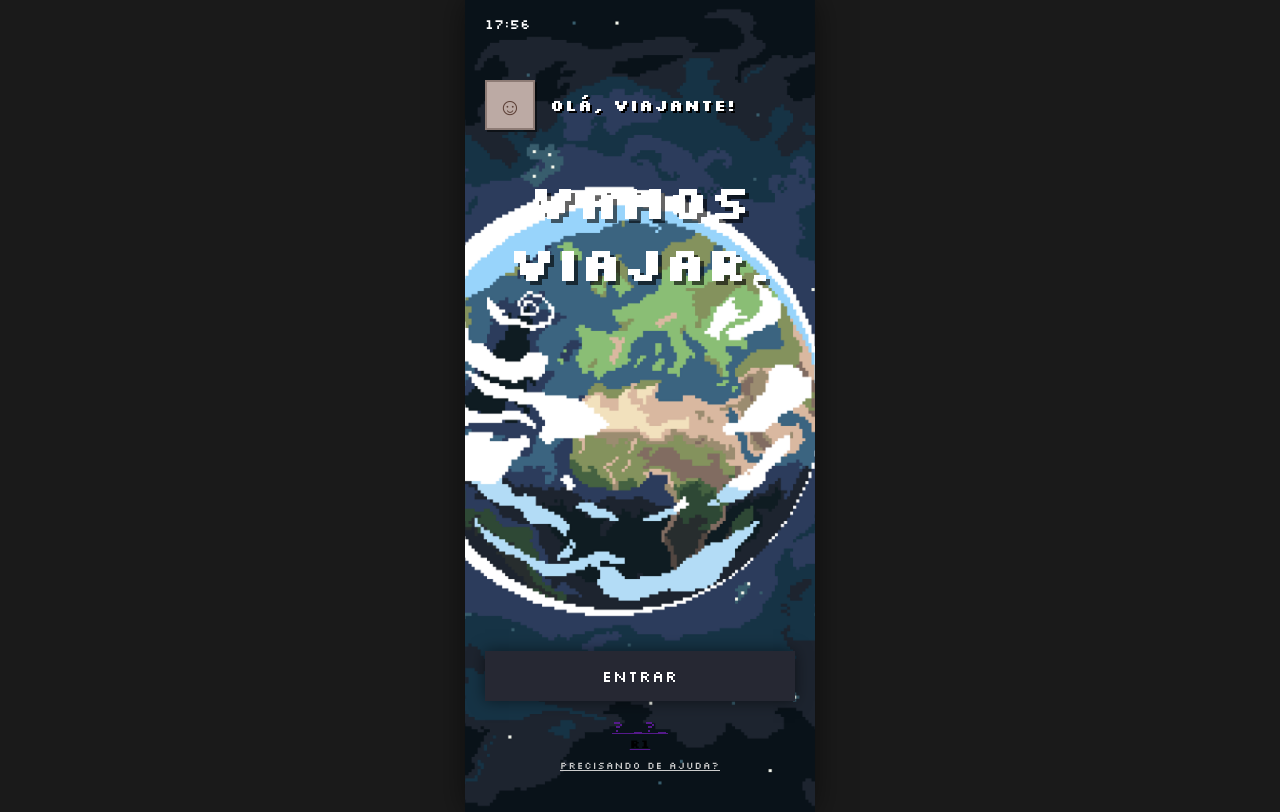
Repository: Davsool/Passport
Page: home.html
An editor plug-in stored every save of this project. The page is shown before and after the next save, followed by the edit.
The browser window is 1280 px wide. The pictures show the whole page.

Above is the page before, as saved 2025-12-30 01:15:40.

After the next save:
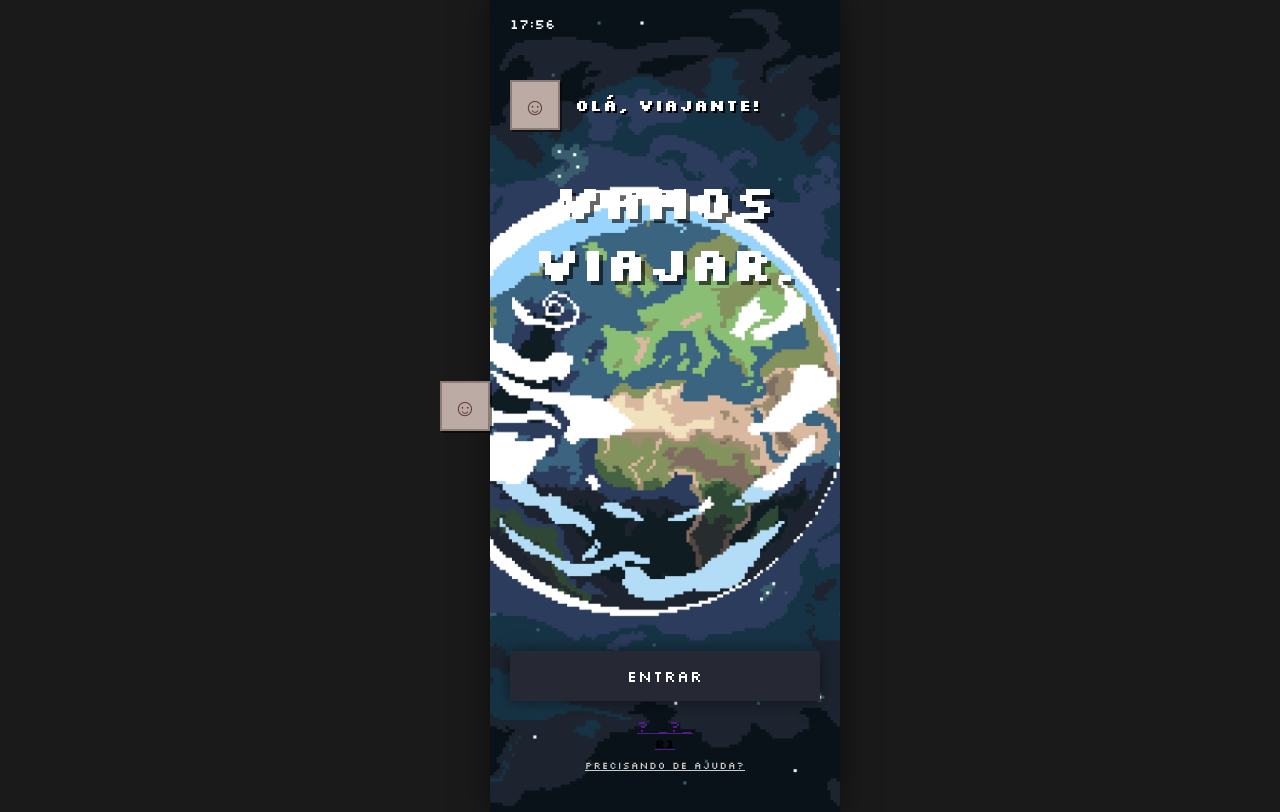
Saved 2 min 23 s later.
--- a/home.html
+++ b/home.html
@@ -12,6 +12,17 @@
     <link rel="stylesheet" href="style.css">
 </head>
 <body>
+         <div class="avatar-display">
+    <img id="userAvatarDisplay" src="" alt="Avatar" style="display: none;">
+    <div id="defaultIcon" class="default-face">☺</div>
+
+    <div id="userMenu" class="user-menu">
+        <button class="menu-btn-option" onclick="irParaPerfil()">EDITAR PERFIL</button>
+        <button class="menu-btn-option" onclick="irParaHome()">VOLTAR PRA HOME</button>
+        <button class="menu-btn-option" onclick="sairDoApp()" style="color: #ff5555;">SAIR</button>
+    </div>
+</div>
+
 
     <!-- Tela Home (Terra) -->
     <div class="phone-screen screen-earth">

After the save that followed:
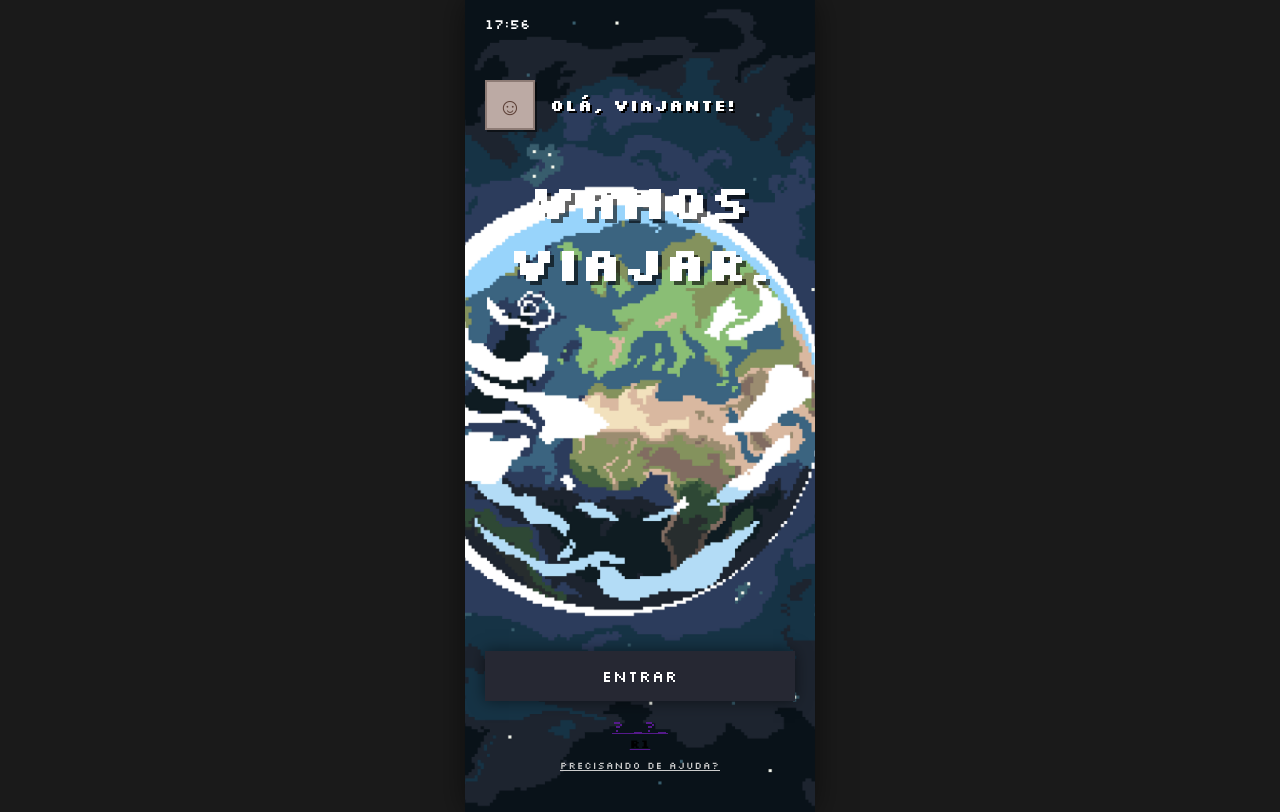
Saved 23 s later.
--- a/home.html
+++ b/home.html
@@ -12,9 +12,6 @@
     <link rel="stylesheet" href="style.css">
 </head>
 <body>
-         <div class="avatar-display">
-    <img id="userAvatarDisplay" src="" alt="Avatar" style="display: none;">
-    <div id="defaultIcon" class="default-face">☺</div>
 
     <div id="userMenu" class="user-menu">
         <button class="menu-btn-option" onclick="irParaPerfil()">EDITAR PERFIL</button>
